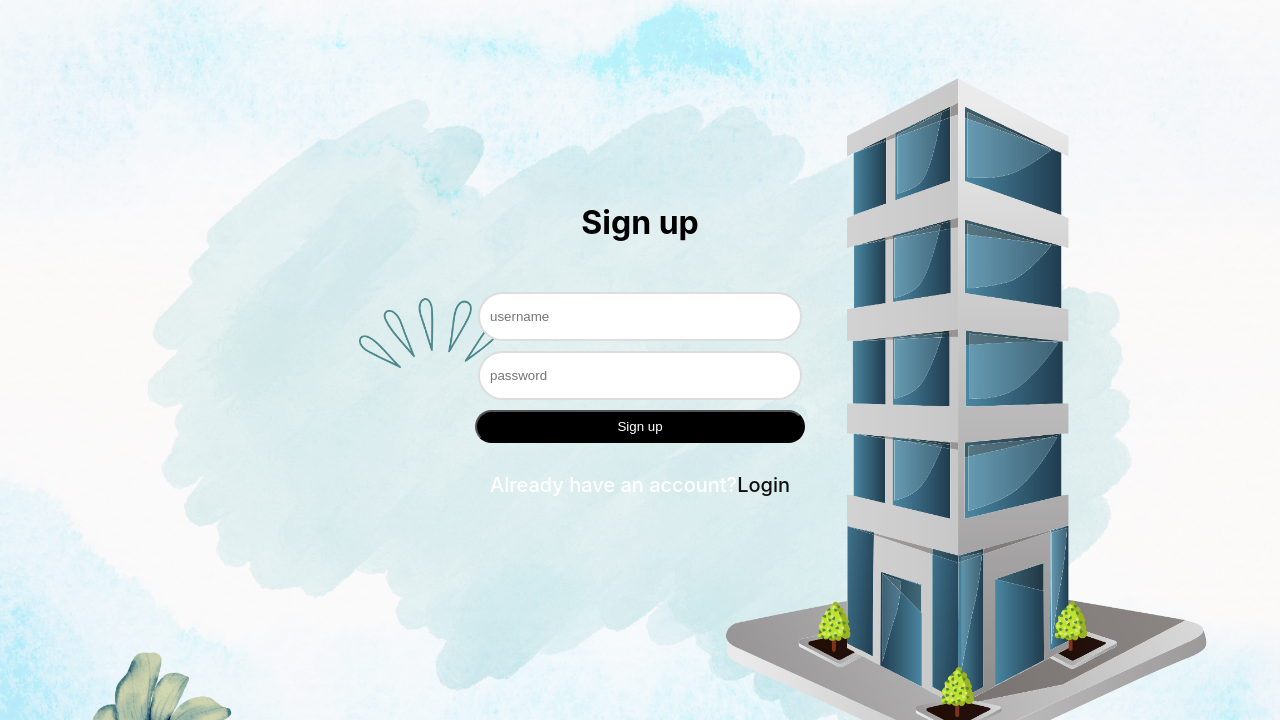
Repository: ngnhthuong/Smart_Trash_IOT
Page: /signup (app in UI/)
The author's editor kept a copy of each file at every save. The page is drawn from the files as they stood at one save, then again after the next save.
The browser window is 1280 px wide. The pictures show the whole page.
The project was rebuilt for these pictures with package versions that can differ from the ones it lists, and the page was loaded fresh each time. Also part of the build but not shown: UI/src/pages/login/Login.js, UI/src/components/Floor.js, UI/src/pages/Home/HomeStyles.css, UI/src/pages/Home/Home.js, UI/src/DefaultLayout/layout.css.

Above is the page before, as saved 2024-03-30 15:18:59.

After the next save:
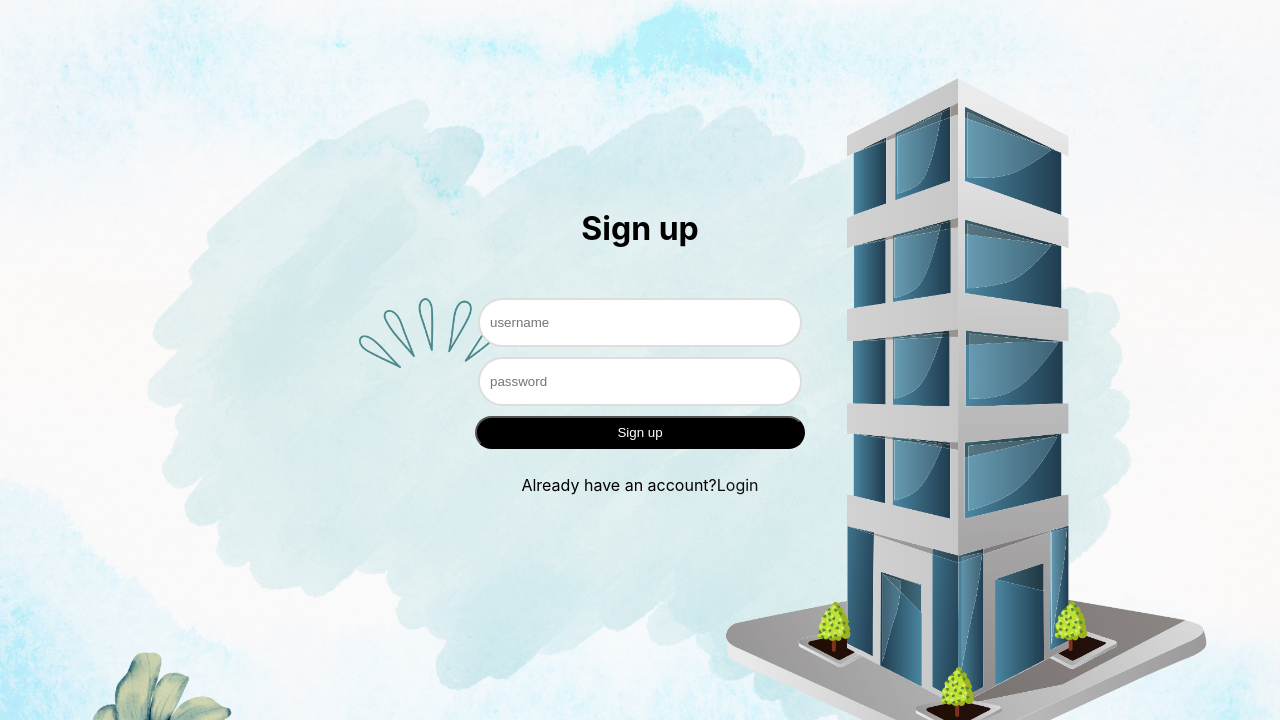
Saved 10 s later.
--- a/UI/src/pages/signup/Signup.js
+++ b/UI/src/pages/signup/Signup.js
@@ -8,7 +8,7 @@ export default function Signup({ onLoginClick }) {
         <input className="input" type="text" placeholder="username" />
         <input className="input" type="password" placeholder="password" />
         <button className="button">Sign up</button>
-        <div className="text">
+        <div className="textInput">
           <p>
             Already have an account?
             <span>
